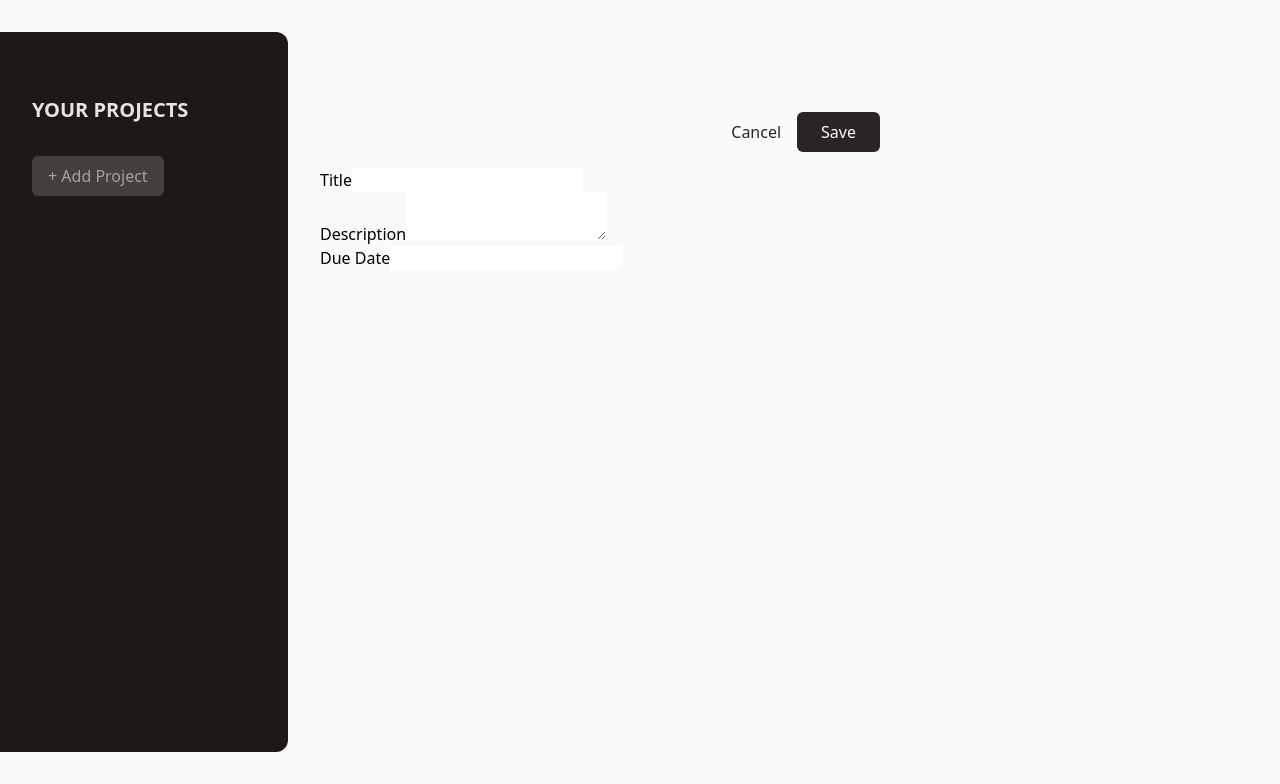
Repository: collyrium921/project-management
Page: /
An editor plug-in stored every save of this project. The page is shown before and after the next save, followed by the edit.
The browser window is 1280 px wide. The pictures show the whole page.
The project was rebuilt for these pictures with package versions that can differ from the ones it lists, and the page was loaded fresh each time. Also part of the build but not shown: vite.config.js.

Above is the page before, as saved 2024-07-11 01:57:32.

After the next save:
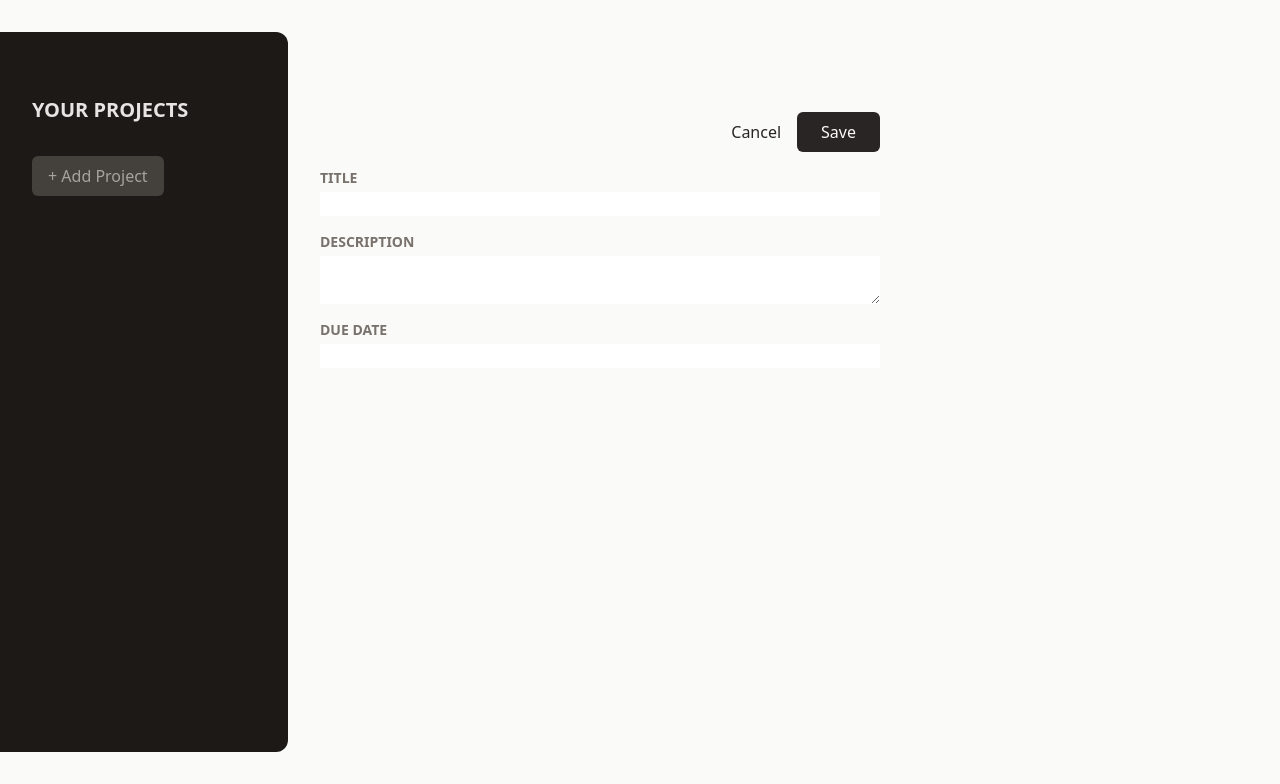
Saved 57 s later.
--- a/src/components/Input.jsx
+++ b/src/components/Input.jsx
@@ -1,6 +1,6 @@
 export default function Input({label,textarea, ...props}){
-    return <p>
-        <label htmlFor="">{label}</label>
+    return <p className="flex flex-col gap-1 my-4">
+        <label className="text-sm font-bold uppercase text-stone-500" htmlFor="">{label}</label>
         {textarea ? <textArea {...props} />: <input {...props} />}
     </p>
 }
